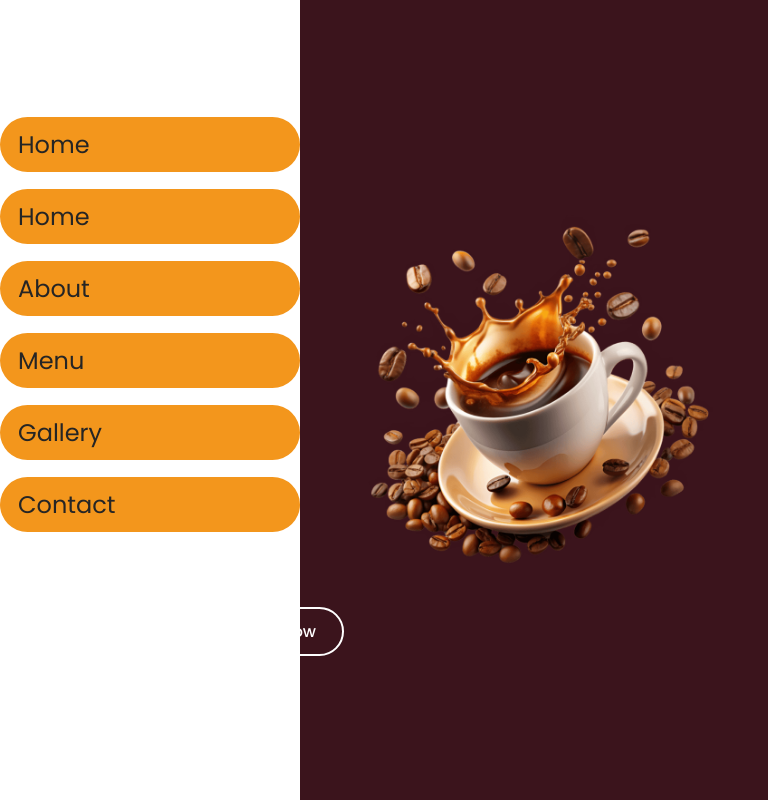
Repository: guilhermecardoso93/coffe-site-vite
Page: /
These files come from the project's save history. The page is drawn as it stood at one moment and after the next save; the edit follows.
The browser window is 768 px wide. The pictures show the whole page.
Some web fonts or font styles are not loaded; a fallback is used. The project was rebuilt for these pictures with package versions that can differ from the ones it lists, and the page was loaded fresh each time. Also part of the build but not shown: vite.config.js.

Above is the page before, as saved 2024-11-18 19:55:34.

### index.html
<!doctype html>
<html lang="en">

<head>
    <meta charset="UTF-8" />
    <link rel="icon" type="image/svg+xml" href="/vite.svg" />
    <link rel="preconnect" href="https://fonts.googleapis.com">
    <link rel="preconnect" href="https://fonts.gstatic.com" crossorigin>
    <link href="https://fonts.googleapis.com/css2?family=Miniver&family=Poppins:ital,wght@0,100;0,200;0,300;0,400;0,500;0,600;0,700;0,800;0,900;1,100;1,200;1,300;1,400;1,500;1,600;1,700;1,800;1,900&display=swap" rel="stylesheet">
    <meta name="viewport" content="width=device-width, initial-scale=1.0" />
    <title>Coffee WebSite</title>
</head>

<body>
    <div id="root"></div>
    <script type="module" src="/src/main.jsx"></script>
</body>

</html>

### src/main.jsx
import { StrictMode } from "react";
import { createRoot } from "react-dom/client";
import { App } from "./App.jsx";

import "./index.css";

createRoot(document.getElementById("root")).render(
  <StrictMode>
    <App />
  </StrictMode>
);

### src/App.jsx
import { Navbar } from "./components/Navbar";
import { Hero } from "./components/Hero";

export function App() {
  return (
    <>
      <Navbar />
      <Hero />
    </>
  );
}

### src/index.css
:root {
  font-synthesis: none;
  text-rendering: optimizeLegibility;
  -webkit-font-smoothing: antialiased;
  -moz-osx-font-smoothing: grayscale;

  --white-color: #fff;
  --dark-color: #252525;
  --primary-color: #3b141c;
  --secondary-color: #f3961c;
  --light-pink-color: #faf4f5;
  --medium-gray-color: #ccc;

  --font-size-s: 0.9rem;
  --font-size-n: 1rem;
  --font-size-m: 1.12rem;
  --font-size-l: 1.5rem;
  --font-size-xl: 2rem;
  --font-size-xxl: 2.3rem;

  --font-weight-normal: 400;
  --font-weight-medium: 500;
  --font-weight-semibold: 600;
  --font-weight-bold: 700;

  --border-radius-s: 8px;
  --border-radius-m: 30px;
  --border-radius-circle: 50%;

  --site-max-width: 1300px;
}

* {
  padding: 0;
  margin: 0;
  box-sizing: border-box;
  font-family: "Poppins", sans-serif;
}

ul {
  list-style: none;
}

a {
  text-decoration: none;
}

button {
  cursor: pointer;
  border: none;
  background-color: none;
}

img {
  width: 100%;
}

.section-content {
  margin: 0 auto;
  padding: 0 20px;
  max-width: var(--site-max-width);
}

### src/components/Navbar/index.jsx
import "./styles.css";

export function Navbar() {
  return (
    <header>
      <nav className="navbar section-content">
        <a href="/" className="nav-logo">
          <h2 className="logo-text">☕Coffee</h2>
        </a>
        <ul className="nav-menu">
          <li className="nav-item">
            <a href="/" className="nav-link">
              Home
            </a>
          </li>
          <li className="nav-item">
            <a href="/" className="nav-link">
              Home
            </a>
          </li>
          <li className="nav-item">
            <a href="/" className="nav-link">
              About
            </a>
          </li>
          <li className="nav-item">
            <a href="/" className="nav-link">
              Menu
            </a>
          </li>
          <li className="nav-item">
            <a href="/" className="nav-link">
              Gallery
            </a>
          </li>
          <li className="nav-item">
            <a href="/" className="nav-link">
              Contact
            </a>
          </li>
        </ul>
      </nav>
    </header>
  );
}

### src/components/Hero/index.jsx
import heroImg from "../../assets/images/coffee-hero-section.png";
import "./styles.css";

export function Hero() {
  return (
    <main>
      <section className="hero-section">
        <div className="section-content-hero">
          <div className="hero-details">
            <h2 className="title">Best Coffee</h2>
            <h3 className="subtitle">
              Make your day great with our special coffee!
            </h3>
            <p className="description">
              Welcome to uor coffee paradise, where every tells a story end
              every cup sparks joy.
            </p>
            <div className="buttons">
              <a href="#" className="button order-now">
                {" "}
                Order Now
              </a>
              <a href="#" className="button contact-us">
                {" "}
                Contact Now
              </a>
            </div>
          </div>
          <div className="hero-mage-wrapper">
            <img src={heroImg} alt="" className="hero-image" />
          </div>
        </div>
      </section>
    </main>
  );
}

### src/components/Navbar/styles.css
header {
  position: fixed;
  width: 100%;
  z-index: 5;
  background-color: var(--primary-color);
}

header .navbar {
  display: flex;
  align-items: center;
  justify-content: space-between;
  padding: 20px;
}

.navbar .nav-logo .logo-text {
  color: var(--white-color);
  font-size: var(--font-size-xl);
  font-weight: var(--font-weight-semibold)
}

.navbar .nav-menu {
  display: flex;
  gap: 10px;
}

.navbar .nav-menu .nav-link {
  color: var(--white-color);
  padding: 10px 18px;
  background-color: var(--secondary-color);
  border-radius: var(--border-radius-m);
  font-size: var(--font-size-m);
  transition: 0.3s ease;
}

.navbar .nav-menu .nav-link:hover {
  color: var(--primary-color);
  background-color: var(--secondary-color);
}

@media screen and (max-width: 900px) {
  .navbar .nav-menu {
    display: block;
    position: fixed;
    left: 0;
    top: 0;
    width: 300px;
    height: 100%;
    display: flex;
    flex-direction: column;
    align-items: center;
    padding-top: 100px;
    background: var(--white-color);
  }

  .navbar .nav-menu .nav-link {
    display: block;
    margin-top: 17px;
    color: var(--dark-color);
    font-size: var(--font-size-l);
  }
}

### src/components/Hero/styles.css
.hero-section {
  min-height: 100vh;
  background-color: var(--primary-color);
}

.hero-section .section-content-hero {
  display: flex;
  align-items: center;
  min-height: 100vh;
  color: var(--white-color);
  justify-content: space-between;
  padding-top: 5rem;
  margin: 0 auto;
  padding: 0 20px;
  max-width: var(--site-max-width);
}

.hero-section .hero-details .title {
  font-size: var(--font-size-xxl);
  color: var(--secondary-color);
  font-weight: var(--font-weight-bold);
  font-family: "Miniver", sans-serif;
}

.hero-section .hero-details .subtitle {
  font-size: var(--font-size-xl);
  margin-top: 8px;
  max-width: 70%;
  font-weight: var(--font-weight-semibold);
}

.hero-section .hero-details .description {
  max-width: 70%;
  margin: 24px 0 40px;
  font-size: var(--font-size-m);
}

.hero-section .buttons {
  display: flex;
  gap: 23px;
}

.hero-section .hero-details .button {
  padding: 10px 26px;
  color: var(--primary-color);
  border: 2px solid transparent;
  border-radius: var(--border-radius-m);
  background-color: var(--secondary-color);
  font-weight: var(--font-weight-medium);
  transition: 0.3s ease;
}

.hero-section .hero-details .button:hover,
.hero-section .hero-details .contact-us {
  color: var(--white-color);
  border-color: var(--white-color);
  background: transparent;
}

.hero-section .hero-details .contact-us:hover {
  color: var(--primary-color);
  border-color: var(--secondary-color);
  background-color: var(--secondary-color);
}

.hero-mage-wrapper {
  max-width: 500px;
  margin-right: 30px;
}

@media screen and (max-width: 900px) {
  .navbar .nav-menu {
    display: block;
    position: fixed;
    left: 0;
    top: 0;
    width: 300px;
    height: 100%;
    background-color: var(--white-color);
  }
}

After the next save:
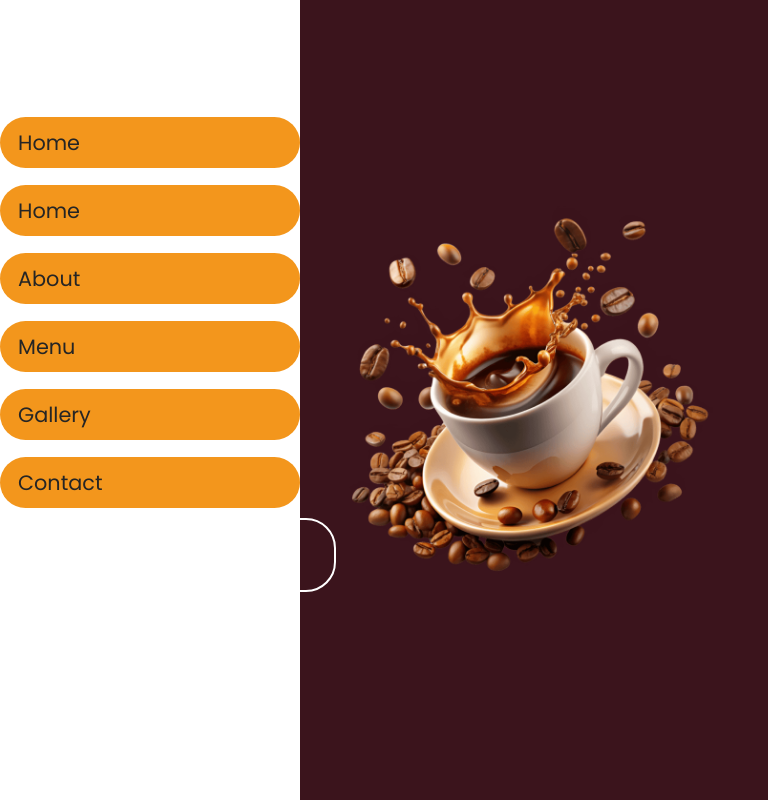
Saved 75 s later.
--- a/src/index.css
+++ b/src/index.css
@@ -60,3 +60,15 @@
   padding: 0 20px;
   max-width: var(--site-max-width);
 }
+
+
+@media screen and (max-width: 900px) {
+  :root {
+    --font-size-s: 0.9rem;
+    --font-size-n: 1rem;
+    --font-size-m: 1rem;
+    --font-size-l: 1.3rem;
+    --font-size-xl: 1.5rem;
+    --font-size-xxl: 1.8rem;
+  }
+}
